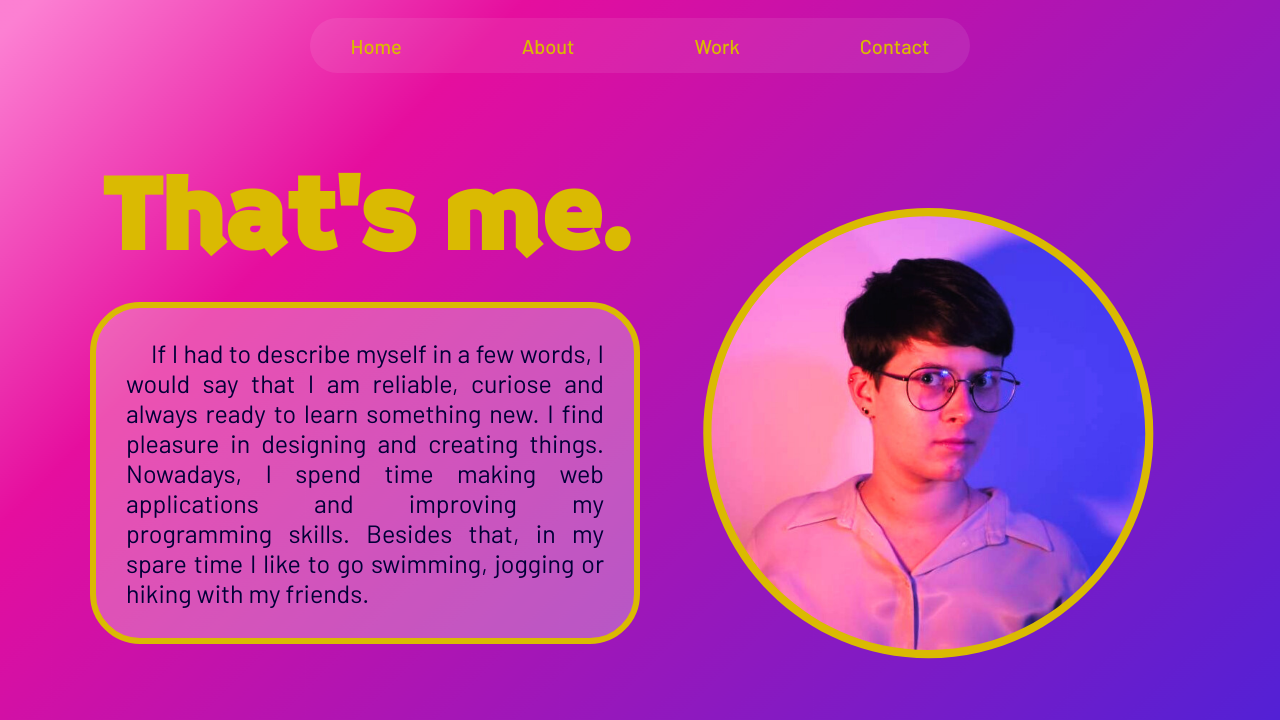
Repository: JJonka/portfolio_site
Page: /about
The author's editor kept a copy of each file at every save. The page is drawn from the files as they stood at one save, then again after the next save.
The browser window is 1280 px wide. The pictures show the whole page.
The project was rebuilt for these pictures with package versions that can differ from the ones it lists, and the page was loaded fresh each time. Also part of the build but not shown: vite.config.ts, src/pages/HomePage.tsx, src/components/LogoIcon.module.scss, src/components/LogoIcon.tsx, src/pages/Contact.tsx, src/pages/Work.module.scss, src/pages/Work.tsx.

Above is the page before, as saved 2023-10-08 16:19:37.

### index.html
<!doctype html>
<html lang="en">
  <head>
    <meta charset="UTF-8" />
    <link rel="icon" href="./src/assets/jj_logo.svg">
    <meta name="viewport" content="width=device-width, initial-scale=1.0" />
    <title>Joanna Jurasz - software developer</title>
  </head>
  <body>
    <div id="root"></div>
    <script type="module" src="/src/index.tsx"></script>
  </body>
</html>

### src/index.tsx
import React from 'react';
import ReactDOM from 'react-dom/client';
import App from './App';
import { BrowserRouter } from 'react-router-dom';


const root = ReactDOM.createRoot( document.getElementById('root') as HTMLElement);

root.render(
  <BrowserRouter>
    <App />
  </BrowserRouter>
);

### src/App.tsx
import { Routes, Route } from 'react-router-dom';
import HomePage from './pages/HomePage';
import About from './pages/About';
import Contact from './pages/Contact';
import Work from './pages/Work';
import './App.css'


const App = () => {
    return (
      <div>
      <div className='mainBackground' />
      <div className='layer1' />
      <div className='layer2' />

      <Routes>
        <Route path='/' element={ <HomePage /> } />
        <Route path='/about' element={ <About /> } />
        <Route path='/work' element={ <Work /> } />
        <Route path='/contact' element={ <Contact /> }/>
      </Routes>
      </div>
    )
}

export default App;

### src/pages/About.tsx
import Menu from "../components/Menu";
import styles from "./About.module.scss"
import EndOfSection from "../components/EndOfSection";

const About = () => {
    return (
        <div className={styles.card}>
            <Menu></Menu>
            <div className={styles.container}>
                <div className={styles.text}>
                    <h1 className={styles.header}>That's me.</h1>
                    <div className={styles.box}>
                        <p className={styles.aboutMe}>&emsp;If I had to describe myself in a few words, I would say that I am reliable,
                            curiose and always ready to learn something new. I find pleasure in designing and creating things. Nowadays,
                            I spend time making web applications and improving my programming skills. Besides that, in my spare time
                            I like to go swimming, jogging or hiking with my friends.
                        </p>
                    </div>
                </div>
                <img src="/src/assets/jj.svg" className={styles.image} alt="Jo_pic"></img>
            </div>
            <EndOfSection></EndOfSection>
        </div>
    )
};

export default About;

### src/App.css
@font-face {
  font-family: 'Barlow-Light';
  src: url(/fonts/Barlow-Light.ttf);
}

@font-face {
	font-family: 'Barlow-Regular' ;
	src: url(/fonts/Barlow-Regular.ttf);
}

body {
	display: flex;
	flex-direction: column;
    align-items: center;
    font-family: 'Barlow-Light';
	text-align: center;
    padding-left: calc(100vw - 100%);
    --main-color: #daba02;
}

.mainBackground {
    background-image: linear-gradient(135deg, #fc79d0 15%, #e40199 30% , #2719e0 85%);
    animation: slide 5s linear infinite alternate;
    animation-fill-mode: backwards;
    position: fixed;
    top: 0;
    bottom: 0;
    left: -50%;
    right: -50%;
    opacity: 0.95;
    z-index: -1;
}




@keyframes slide {
    0% {
        transform: translateX(-20%);
    }
    100% {
        transform: translateX(10%);
    }

}

### src/components/Menu.tsx
import styles from "./Menu.module.scss";
import  LinkToPage  from "./LinkToPage"

const Menu = () => {

    return (
        <div className={styles.menu}>
            <LinkToPage
                link = {'/'}
                urlTo = {"http://localhost:5173/"}
                linkTitle= {"Home"}
            ></LinkToPage>
            <LinkToPage
                link = {'/about'}
                urlTo = {"http://localhost:5173/about"}
                linkTitle= {"About"}
            ></LinkToPage>
            <LinkToPage
                link = {'/work'}
                urlTo = {"http://localhost:5173/work"}
                linkTitle= {"Work"}
            ></LinkToPage>
            <LinkToPage
                link = {'/contact'}
                urlTo = {"http://localhost:5173/contact"}
                linkTitle= {"Contact"}
            ></LinkToPage>
        </div>
    )
};

export default Menu;

### src/pages/HomePage.module.scss
@font-face {
    font-family: 'BraahOne-Regular';
    src: url(/fonts/BraahOne-Regular.ttf);
}

.header {
    color: var(--main-color);
    font-family: "BraahOne-Regular";
    font-size: 130px;
    margin-bottom: 10px;
    margin-top: 25px;
}

.introduction {
    color: var(--main-color);
    font-family: "BraahOne-Regular";
    font-size: 40px;
    font-weight: 50;
    margin-top: 5px;

}

.imgTop {
    position: absolute;
    top: 50px;
    left: 20px;
    max-width: 30%;
    max-height: 30%;
}

.imgBottom {
    position: absolute;
    bottom: 0;
    right: 30px;
    max-width: 30%;
    max-height: 30%;
}

.container {
    display: flex;
    flex-direction: column;
    align-items: center;
    position: relative;
    width: 1300px;
    height: 675px;
}

.card {
    display: flex;
    flex-direction: column;
    align-items: center;
}

### src/pages/About.module.scss
@font-face {
	font-family: 'Barlow-Regular' ;
	src: url(/fonts/Barlow-Regular.ttf);
}

.card {
    display: flex;
    flex-direction: column;
    align-items: center;
}

.header {
    color: var(--main-color);
    font-family: "BraahOne-Regular";
    font-size: 110px;
    margin-bottom: 10px;
    margin-top: 15px;
}

.container {
    justify-content: center;
    display: flex;
    flex-direction: row;
    height: 500px;
    width: 1100px;
    gap: 50px;
    margin-bottom: 10px;
    margin-top: 80px;
}

.image {
    max-width: 100%;
    max-height: 100%;
}

.text {
    height: 400px;
    width: 550px;
    display: flex;
    flex-direction: column;
    align-items: center;
    justify-content: center;
}

.aboutMe {
    font-family: "Barlow-Regular";
    font-size: 25px;
    color:  rgb(0, 0, 55);
    margin: 0;
    padding: 30px;

}

.box {
    background-color: rgba(255, 253, 229, 0.277);
    border-color: var(--main-color);
    border-radius: 50px;
    border-style: solid;
    border-width: 6px;
    text-align: justify;
}

### src/components/EndOfSection.tsx
import styles from "./EndOfSection.module.scss"

const EndOfSection = () => {
    return (
        <img src="" className={styles.endOfSection}></img>
    )
}

export default EndOfSection

### src/pages/Contact.module.scss
@font-face {
	font-family: 'Barlow-Regular' ;
	src: url(/fonts/Barlow-Regular.ttf);
}
@font-face {
    font-family: 'Barlow-Medium';
    src: url(/fonts/Barlow-Medium.ttf);
}

.card {
    align-items: center;
    display: flex;
    flex-direction: column;
}

.container {
    display: flex;
    flex-direction: column;
    align-items: center;
    height: 500px;
    width: 1100px;
    margin-top: 50px;
}

.header {
    color: var(--main-color);
    font-family: "BraahOne-Regular";
    font-size: 70px;
    margin-bottom: 10px;
    margin-top: 30px;

}

.logos {
    display: flex;
    flex-direction: row;
    gap: 250px;
    margin-top: 50px;
    margin-bottom: 120px;
    justify-content: center;
    width: 1000px;
}

a {
    text-decoration: none;
}

### src/components/Menu.module.scss
@font-face {
    font-family: 'Barlow-Medium';
    src: url(/fonts/Barlow-Medium.ttf);
}


.menu {
    border-radius: 50px;
    font-family: 'Barlow-Medium';
    font-size: 20px;
    margin-top: 10px;
    margin-bottom: 30px;
    width: 620px;
    height: 15px;
    padding: 20px;
    display: flex;
    flex-direction: row;
    align-items: center;
    justify-content: center;
    column-gap: 30px;
    background-color:rgba(255, 255, 255, 0.083);;

}

### src/components/LinkToPage.tsx
import { Link } from "react-router-dom";
import styles from "./LinkToPage.module.scss"

interface LinkTo  {
    link: string
    urlTo: string
    linkTitle: string
}

const LinkToPage = (props: LinkTo) => {
    return (
        <div>
            <Link to={props.link} className={document.URL == props.urlTo ? styles.active : styles.link}>{props.linkTitle} </Link>
        </div>
    )
}

export default LinkToPage

### src/components/EndOfSection.module.scss
.endOfSection {
    max-width: 150px;
}

### src/components/LinkToPage.module.scss
.link {
    text-decoration: none;
    color: var(--main-color);
    margin: 10px 25px;
    padding: 5px 20px;
}

.link:hover {
    margin: 10px 25px;
    padding: 5px 20px;
    background-color: rgba(255, 255, 255, 0.259);
    border-radius: 50px;
    transition: background-color 1s;
}

.active {
    text-decoration: none;
    color: var(--main-color);
    margin: 10px 25px;
    padding: 5px 20px;
    background-color: rgba(255, 255, 255, 0.259);
    border-radius: 50px;
}

After the next save:
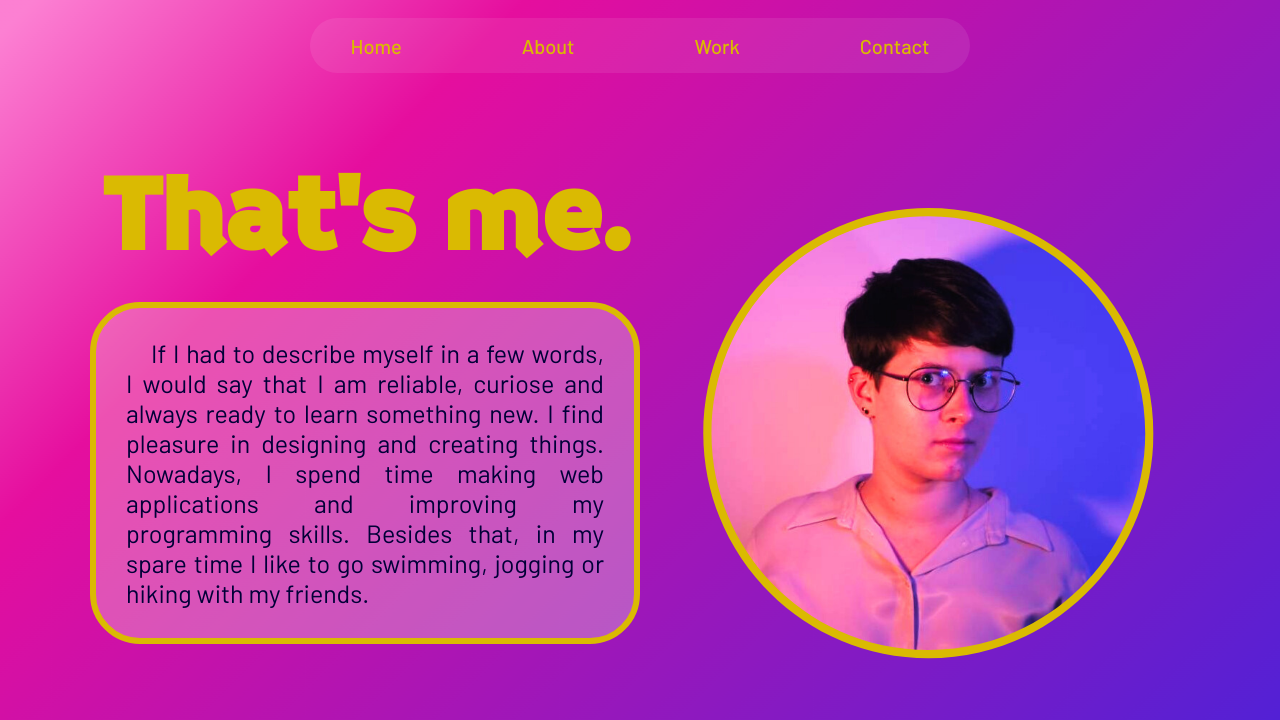
Saved 101 s later.
--- a/src/pages/About.tsx
+++ b/src/pages/About.tsx
@@ -10,7 +10,7 @@ const About = () => {
                 <div className={styles.text}>
                     <h1 className={styles.header}>That's me.</h1>
                     <div className={styles.box}>
-                        <p className={styles.aboutMe}>&emsp;If I had to describe myself in a few words, I would say that I am reliable,
+                        <p className={styles.aboutMe}>&emsp;If I had to describe myself in a few words, I&nbsp;would say that I am reliable,
                             curiose and always ready to learn something new. I find pleasure in designing and creating things. Nowadays,
                             I spend time making web applications and improving my programming skills. Besides that, in my spare time
                             I like to go swimming, jogging or hiking with my friends.
